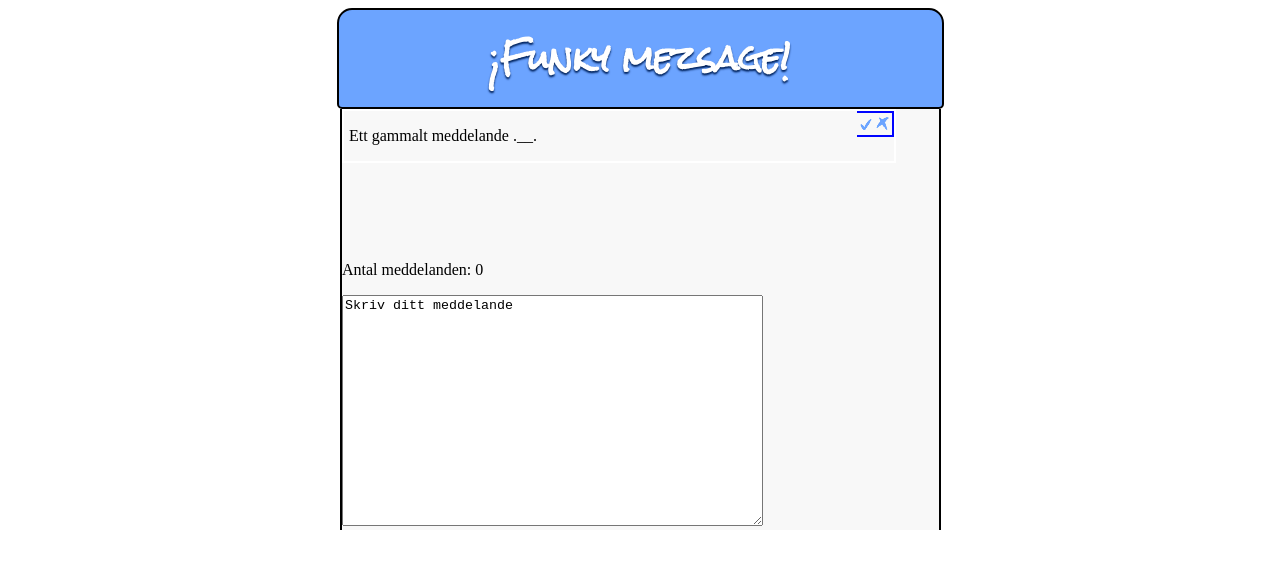
Repository: sk222sw/1dv403-laborationer
Page: 2-labbymezzage/index.html
The author's editor kept a record of every edit. The page is drawn from the files as they stood at one moment, then again after the next edit.
The browser window is 1280 px wide. The pictures show the whole page.

Above is the page before.

### 2-labbymezzage/index.html
<!DOCTYPE html>
<html lang="sv">
<head>
    <meta charset="utf-8" />
    <title>Labby Message</title>

    <link rel="stylesheet" href="css/css.css" />

    <link href='http://fonts.googleapis.com/css?family=Rock+Salt' rel='stylesheet' type='text/css'>

</head>
    <body>
        <div id="container">
            <header>
                <h1>¡Funky mezsage!</h1>
            </header>

            <main>
                <section id="mainsection">
                    <section class="oldMsg">

                        <div id="buttons">
                            <div id="timeButton"></div>
                            <div id="deleteButton"></div>
                        </div>

                        <div id="messageText">
                            <p class="msgText">Ett gammalt meddelande .__.</p>
                        </div>
                    </section>

                    <section id="textSection">
                        <p>Antal meddelanden: 0</p>
                        <textarea id="newMsg" name="textarea" rows="15" cols="50">Skriv ditt meddelande</textarea>
                    </section>
                </section>
            </main>

            <script type="text/javascript" src="script/Message.js"></script>
            <script type="text/javascript" src="script/script.js"></script>
            <script type="text/javascript" src="script/MessageBoard.js"></script>
        </div>
    </body>
</html>

### 2-labbymezzage/css/css.css
/*
container
    main
        header
            h1
        section
            p
            textarea
*/

container: {
    width: 600px;
}

main {
    width: 600px;

    margin: 0 auto;
}

#mainsection {
    width: 597px;

    background: #f8f8f8;

    border-right: solid black 2px;
    border-left: solid black 2px;
}

header {
    margin: 0 auto;
    margin-bottom: 0px;
    background: #6CA4FF;

    width: 603px;

    border: solid black 2px;
    border-bottom: solid black 2px;

    border-top-left-radius: 15px;
    border-top-right-radius: 15px;
    border-bottom-left-radius: 5px;
    border-bottom-right-radius: 5px;

    padding-top: 10px;
    padding-bottom: 10px;
}

h1 {
    position: relative;
    margin: 0 auto;

    text-align: center;
    color: white;
    text-shadow: 0px 2px 2px #00235E;
    font-family: "Rock Salt";

}

.area {
    position: relative;
}

.oldMsg {
    position: relative;

    width: 550px;
    border: solid white 2px;

    margin-bottom: 98px;
    padding: -2px;
}

.time {
    text-align: right;
    font-size: 10px;
}


#timeButton {
	background: url('../pics/checksprite.png') no-repeat -2px -2px;
	width: 12px;
	height: 11px;
	display: inline-block;
}

#deleteButton {
	background: url('../pics/checksprite.png') no-repeat -17px -2px;
	width: 13px;
	height: 13px;
	display: inline-block;
}

#oldMessageText {
    border-bottom: solid #0004FF 2px;
    border-top: solid #0004FF 2px;
    border-left: solid #0004FF 2px;
    width: 500px;
    float: left;

    background-color: #6ca4ff;
    color: white;
    font-family: 'Arial Black', sans-serif;
    font-size: 15px;

}

#buttons {
    padding: 3px;
    padding-bottom: 1px;
    border-right: solid #0004FF 2px;
    border-top: solid #0004FF 2px;
    border-bottom: solid #0004FF 2px;
    float: right;
}

#newTextSection {


    display: block;
    border: solid white 2px;

    font-family: 'Arial Black';
    font-size: 11px;
}

#messageCounter {
    text-align: right;
}

.msgText {
    padding-left: 5px;
}

### 2-labbymezzage/script/Message.js
"use strict";

function Message (message, date) {

    this.getText = function() {
        return message;
    },

    this.setText = function(_text) {
        message = _text;
    };

    this.getDate = function() {
        return date;
    };

    this.setDate = function(_date) {
        date = _date;
    };

}

Message.prototype.toString = function() {
    return this.getText()+" ("+this.getDate()+")";
};

Message.prototype.getHTMLText = function() {
    return Message.getText;
};

Message.prototype.getDateText = function() {
    return Message.getDate;
};
/*
var mess = new Message("hej", new Date());
alert(mess);
alert(mess.getText());
mess.setText("en annan text");
alert(mess);
*/

### 2-labbymezzage/script/script.js
"use strict";

    var engine = {

    };

### 2-labbymezzage/script/MessageBoard.js
"use strict";

    var MessageBoard = {

        messages: [],

        init:function(e){

            MessageBoard.messages.push("1", 2, 54, "hej");
            console.log(MessageBoard.messages);
        }
    };

window.onload = MessageBoard.init;

After the next edit:
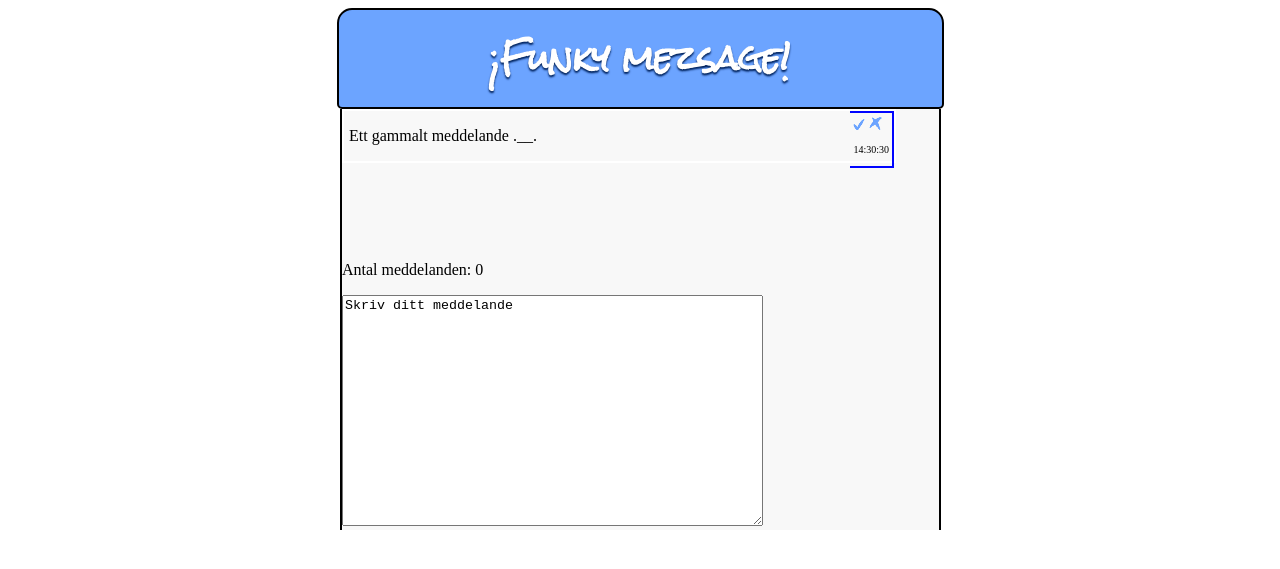
The edit:
--- a/2-labbymezzage/index.html
+++ b/2-labbymezzage/index.html
@@ -22,6 +22,7 @@
                         <div id="buttons">
                             <div id="timeButton"></div>
                             <div id="deleteButton"></div>
+                            <p class="time">14:30:30</p>
                         </div>
 
                         <div id="messageText">
